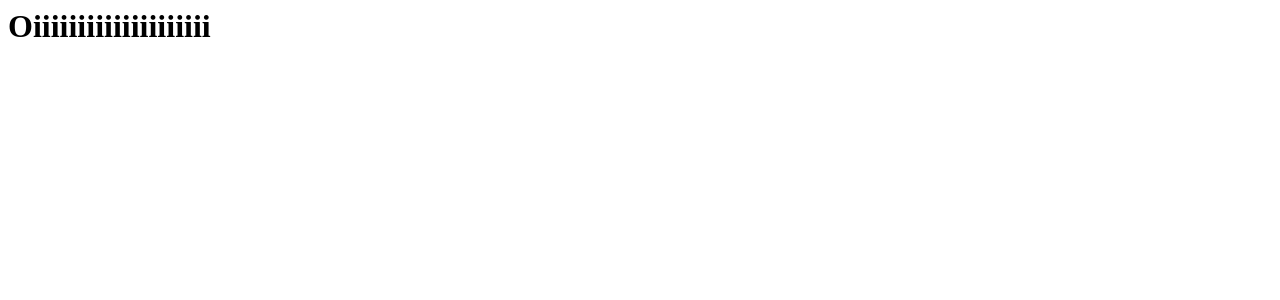
Repository: geracao-11/aula01
Page: index.html
An editor plug-in stored every save of this project. The page is shown before and after a run of saves, followed by the edit.
The browser window is 1280 px wide. The pictures show the whole page.

Above is the page before, as saved 2025-04-02 08:47:14.

### index.html
<h1>Oiiiiiiiiiiiiiiiiiiii</h1>

After the next 2 saves:
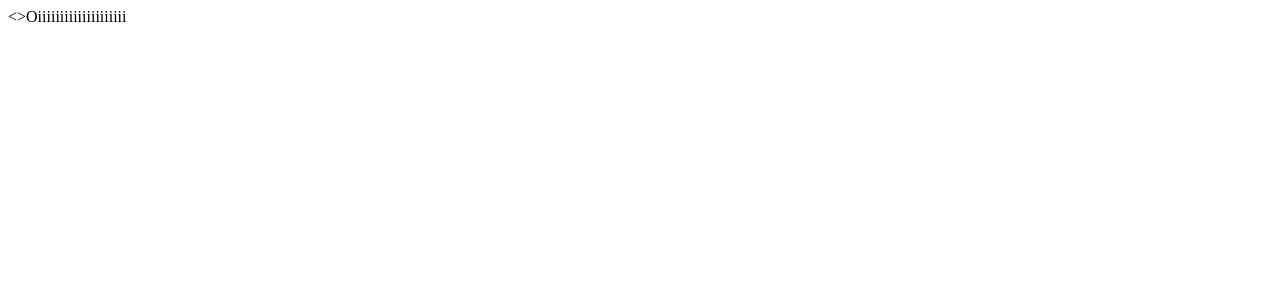
The 2 saves are shown as one change because they came seconds apart.
The last was saved 34 s later.
--- a/index.html
+++ b/index.html
@@ -1 +1 @@
-<h1>Oiiiiiiiiiiiiiiiiiiii</h1>
+<>Oiiiiiiiiiiiiiiiiiiii</>

After the 2 saves that followed:
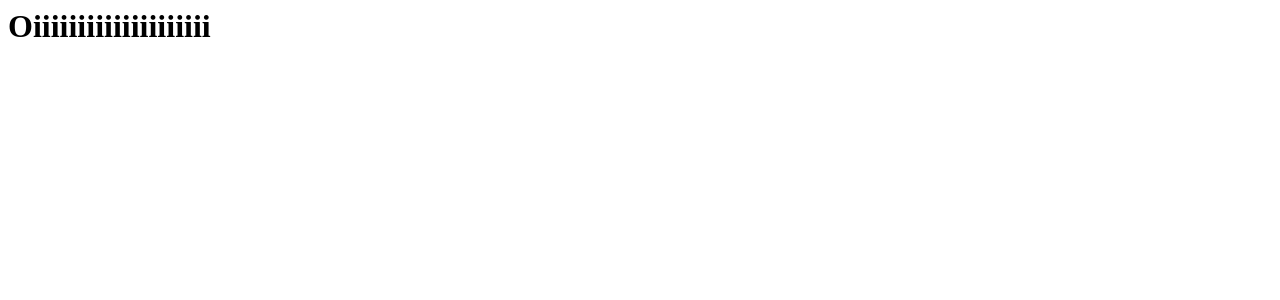
The 2 saves are shown as one change because they came seconds apart.
The last was saved 26 s later.
--- a/index.html
+++ b/index.html
@@ -1 +1 @@
-<>Oiiiiiiiiiiiiiiiiiiii</>
+<h1>Oiiiiiiiiiiiiiiiiiiii</h1>
